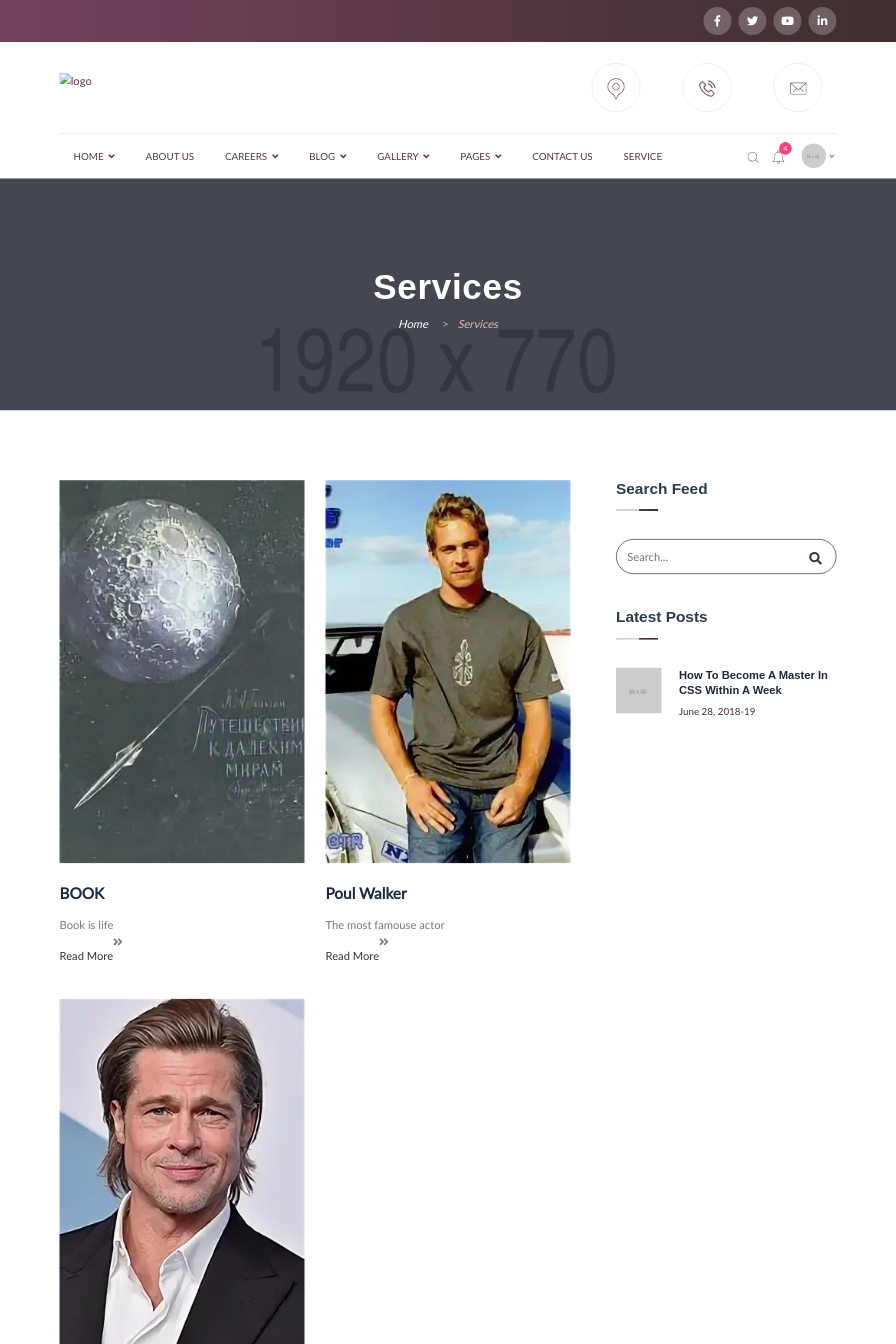
Repository: maqsudov0371/vazifa7oy10dars
Page: http://localhost/service/
An editor plug-in stored every save of this project. The page is shown before and after the next save, followed by the edit.
The browser window is 1280 px wide. The pictures show the part of the page from y = 0 to 1920 px (the page is 3012 px tall), at 70% of full size.
Some web fonts or font styles are not loaded; a fallback is used. The page is served by the project's application, run on Django 4.2 (manage.py). The page reads the database file committed with the project. Queries for data that is not in the repository find no rows.

Above is the page before, as saved 2024-09-11 15:06:21.
Console error: TypeError: Cannot read properties of undefined (reading 'left')

After the next save:
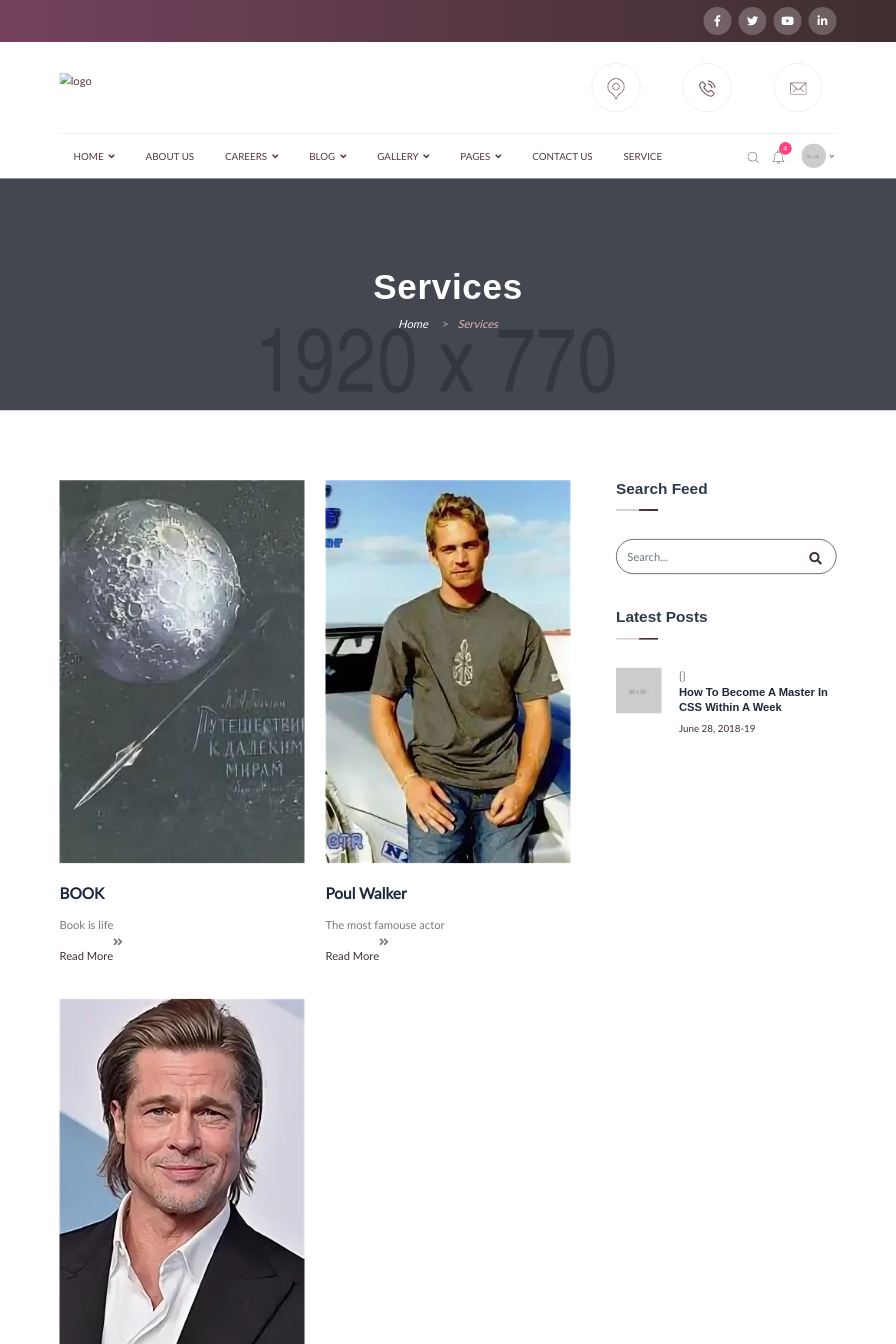
Saved 4 s later.
--- a/main/templates/main/service.html
+++ b/main/templates/main/service.html
@@ -81,7 +81,7 @@
                             <div class="blog_image">
                                 <img src="images/blog1.jpg" class="img-responsive" alt="blog_img1" />
                             </div>
-
+                            {}
                             <div class="blog_text">
                                 <h5><a href="#">How to Become a Master in CSS within a Week</a></h5>
                                 <div class="blog_date">June 28, 2018-19</div>
